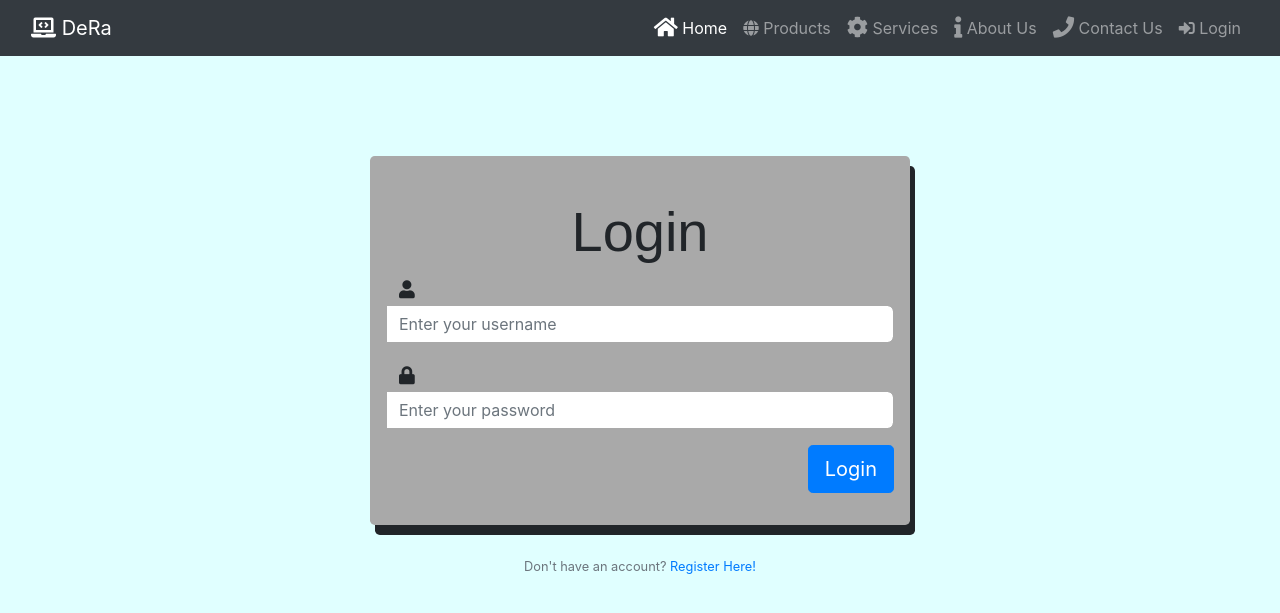
Repository: deividwsantoss/web6201-Lab1
Page: login.html
The author's editor kept a copy of each file at every save. The page is drawn from the files as they stood at one save, then again after the next save.
The browser window is 1280 px wide. The pictures show the whole page.

Above is the page before, as saved 2021-03-03 16:30:16.

After the next save:
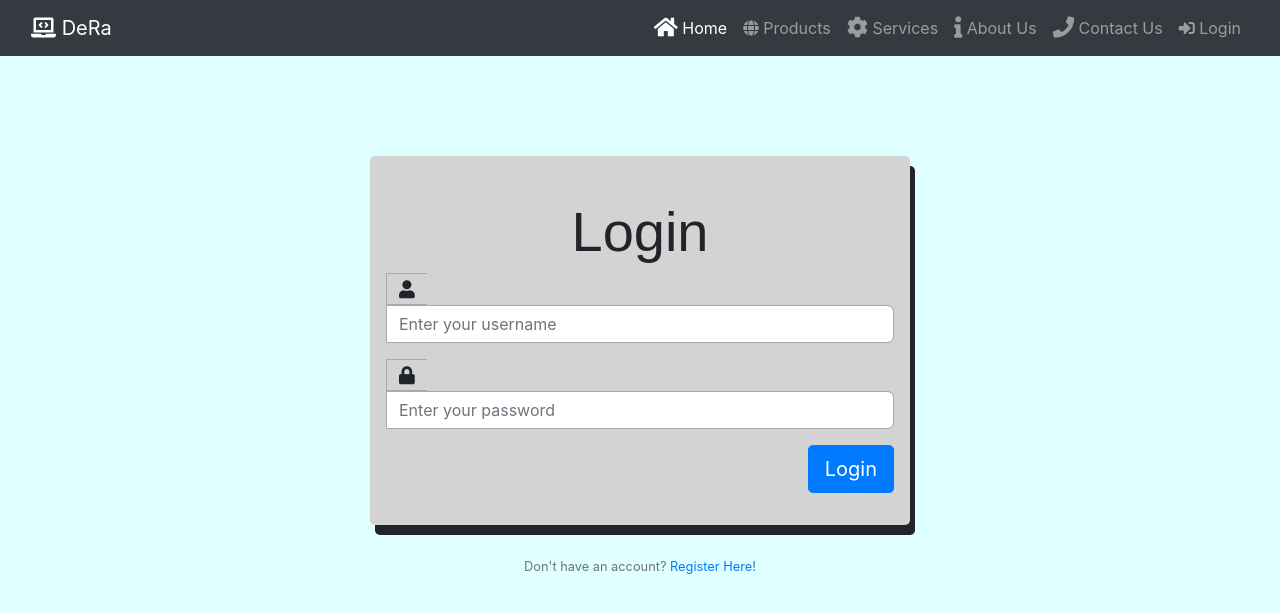
Saved 5 min 42 s later.
--- a/Content/app.css
+++ b/Content/app.css
@@ -179,7 +179,7 @@ h1{
 {
     padding: 2rem 1rem;
     margin-bottom: 2rem;
-    background-color: darkgray;
+    background-color: lightgrey;
     border-radius: .3rem;
     margin-top: 100px;
     box-shadow: 5px 10px;
